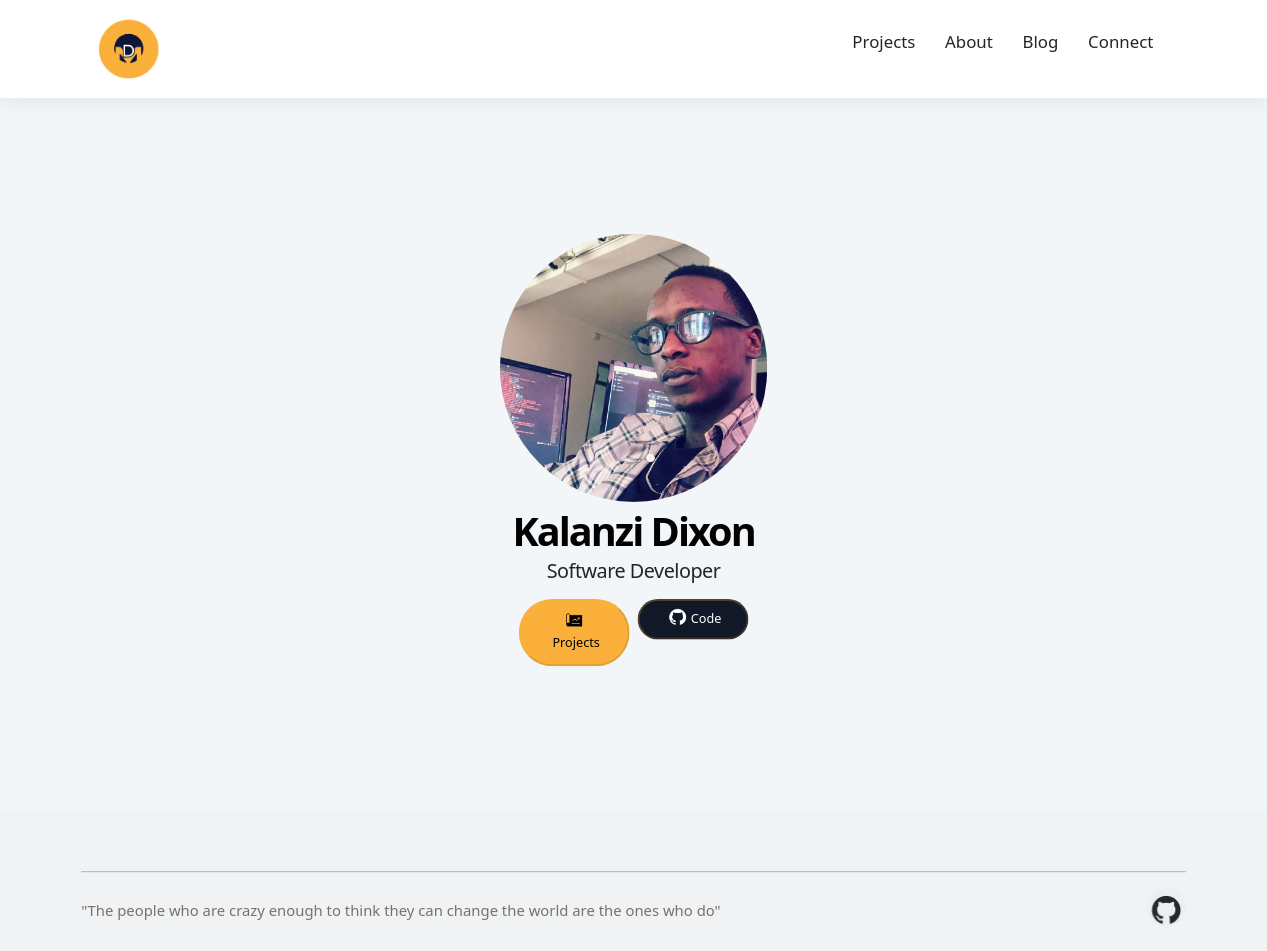
Repository: kaizoku010/firebrand
Page: /
The author's editor kept a copy of each file at every save. The page is drawn from the files as they stood at one save, then again after the next save.
The browser window is 1280 px wide. The pictures show the whole page, at 99% of full size.
The project was rebuilt for these pictures with package versions that can differ from the ones it lists, and the page was loaded fresh each time. Also part of the build but not shown: vite.config.js, src/update/about.css, src/components/chips.css, src/components/chips.js, src/update/about.js, src/dataPoint/AllProjects.js, src/update/appsPage.js, src/update/blog.css and 5 more.

Above is the page before, as saved 2025-06-05 12:02:32.

### public/index.html
<!DOCTYPE html>
<html lang="en">
  <head>
    <meta charset="utf-8" />
    <link rel="icon" href="%PUBLIC_URL%/logo.ico" />
    <meta name="viewport" content="width=device-width, initial-scale=1" />
    <meta name="theme-color" content="#000000" />
    <meta
      name="description"
      content="Welcome to Firebrand"
    />
    <link rel="apple-touch-icon" href="%PUBLIC_URL%/logo.png" />
    <!--
      manifest.json provides metadata used when your web app is installed on a
      user's mobile device or desktop. See https://developers.google.com/web/fundamentals/web-app-manifest/
    -->
    <link rel="manifest" href="%PUBLIC_URL%/manifest.json" />

    <title>Kalanxi</title>
    <!-- Global site tag (gtag.js) - Google Analytics -->
<script async src="https://www.googletagmanager.com/gtag/js?id=G-C8GX9VTJ6W"></script>
<script>
  window.dataLayer = window.dataLayer || [];
  function gtag(){dataLayer.push(arguments);}
  gtag('js', new Date());

  gtag('config', 'G-C8GX9VTJ6W');
</script>
<script async src="https://pagead2.googlesyndication.com/pagead/js/adsbygoogle.js?client=ca-pub-3855618579065381"
     crossorigin="anonymous"></script>
     <script async custom-element="amp-ad" src="https://cdn.ampproject.org/v0/amp-ad-0.1.js"></script>
  </head>
  <body>
    <noscript>You need to enable JavaScript to run this app.</noscript>
    <div id="root"></div>

  </body>
</html>

### src/App.css
body {
  -webkit-font-smoothing: antialiased;
  background-color: #f3f6f8;
  margin-top: 0px;
  font-family:  ui-sans-serif,system-ui,-apple-system,BlinkMacSystemFont,Segoe UI,Roboto,Helvetica Neue,Arial,Noto Sans,sans-serif,apple color emoji,segoe ui emoji,Segoe UI Symbol,noto color emoji;
;
}

.content{
display: none !important;
}

a {
  text-decoration: none;
  color: #5747ff !important;
}

@media only screen and (max-width: 900px) {
  .holder__ {
    text-align: center;
    padding: 20px;
  }
}

.thumb-lg {
  height: 88px;
  width: 88px;
}
.profile-user-box {
  position: relative;
  border-radius: 5px;
}
.bg-custom {
  /*background-color: #02c0ce !important;  */
  background-color: #02191b !important;
  /* 02191b */
}
.profile-user-box {
  position: relative;
  border-radius: 5px;
}

.card-box {
  padding: 20px;
  position: sticky;
  border-radius: 3px;
  margin-bottom: 30px;
  z-index: 1;
  top: 0;
  background-color: #fff;
}
.inbox-widget .inbox-item img {
  width: 40px;
}

.inbox-widget .inbox-item {
  border-bottom: 1px solid #f3f6f8;
  overflow: hidden;
  padding: 10px 0;
  position: relative;
}

.inbox-widget .inbox-item .inbox-item-img {
  display: block;
  float: left;
  margin-right: 15px;
  width: 40px;
}

.inbox-widget .inbox-item img {
  width: 40px;
}

.inbox-widget .inbox-item .inbox-item-author {
  color: #313a46;
  display: block;
  margin: 0;
}

.inbox-widget .inbox-item .inbox-item-text {
  color: #98a6ad;
  display: block;
  font-size: 14px;
  margin: 0;
}

.inbox-widget .inbox-item .inbox-item-date {
  color: #98a6ad;
  font-size: 11px;
  position: absolute;
  right: 7px;
  top: 12px;
}

.comment-list .comment-box-item {
  position: relative;
}

.comment-list .comment-box-item .commnet-item-date {
  color: #98a6ad;
  font-size: 11px;
  position: absolute;
  right: 7px;
  top: 2px;
}

.comment-list .comment-box-item .commnet-item-msg {
  color: #313a46;
  display: block;
  margin: 10px 0;
  font-weight: 400;
  font-size: 15px;
  line-height: 24px;
}

.comment-list .comment-box-item .commnet-item-user {
  color: #98a6ad;
  display: block;
  font-size: 14px;
  margin: 0;
}

.comment-list a + a {
  margin-top: 15px;
  display: block;
}

.ribbon-box .ribbon-primary {
  background: #2d7bf4;
}

.ribbon-box .ribbon {
  position: relative;
  float: left;
  clear: both;
  padding: 5px 12px 5px 12px;
  margin-left: -30px;
  margin-bottom: 15px;
  font-family: Rubik, sans-serif;
  -webkit-box-shadow: 2px 5px 10px rgba(49, 58, 70, 0.15);
  -o-box-shadow: 2px 5px 10px rgba(49, 58, 70, 0.15);
  box-shadow: 2px 5px 10px rgba(49, 58, 70, 0.15);
  color: #fff;
  font-size: 13px;
}
.text-custom {
  color: #949797 !important;
}

.badge-custom {
  background: #02c0ce;
  color: #fff;
}
.badge {
  font-family: Rubik, sans-serif;
  -webkit-box-shadow: 0 0 24px 0 rgba(0, 0, 0, 0.06),
    0 1px 0 0 rgba(0, 0, 0, 0.02);
  box-shadow: 0 0 24px 0 rgba(0, 0, 0, 0.06), 0 1px 0 0 rgba(0, 0, 0, 0.02);
  padding: 0.35em 0.5em;
  font-weight: 500;
}
.text-muted {
  color: #98a6ad !important;
}
project_list
.font-13 {
  font-size: 13px !important;
}

.fire-text {
  text-align: justify;
}

@media screen and (max-width: 800px) {
  .card-box {
    padding: 20px !important;
    position: sticky;
    border-radius: 3px;
    margin-bottom: 30px;
    z-index: 1;
    top: 0;
    background-color: #fff;
  }
}


.main-color{
  color: #fbb03b;
}

### src/update/header.js
import React from 'react'
import "./header.css"
import Logo from "../img/logo.png"
import Email from "../img/email.png"
import { Link } from "react-router-dom";

function header() {
  return (
      <header class="header">
    <nav>
    <div class="logo">
          <a class="name_logo" href="index.html">Muneza.<span>Dixon</span></a>
        <Link to="/">  <img class="fireband-logo" src={ Logo} /></Link>
    </div>
    <input type="checkbox" id="menu-toggle"/>
    <label for="menu-toggle" class="menu-icon">&#9776;</label>
    <ul class="menu">
      <li><Link to={"apps"}>Projects</Link></li>
      <li><Link to={"about"} href="#">About</Link></li>
      <li><Link to={"blog"}>Blog</Link></li>
      <li><a href={"connect"}>Connect</a></li>
    </ul>
  </nav>
</header>
  )
}
// #9f0009 reds
export default header

### src/update/homescreen.js
import React from "react";
import UserImage from "../img/pp.jpg";
import "./homescreen.css";
import { Link } from "react-router-dom";
import CodeIc from "../img/code-ic.png";
import ProjectIc from "../img/project-ic.png";

function homescreen() {
  return (
    <div class="homepage">
      <main className="main-content">
        <img id="userImage" src={UserImage} />
        <h1 className="userName">Kalanzi Dixon</h1>
        <h2 className="userRole"> Software Developer</h2>
        <div className="site-holder">
          <Link to="/apps">
            <button id="btn-projects">
              <img className="project-ic" src={ProjectIc} />
              Projects
            </button>
          </Link>

          <Link target="_blank" to="https://github.com/kaizoku010">
            <button id="btn-code">
              <img className="project-ic" src={CodeIc} />
              Code
            </button>
          </Link>
        </div>
      </main>
    </div>
  );
}

export default homescreen;

### src/update/header.css
header_div {
    padding: 0;
    margin: 0;
    box-sizing: border-box;
    font-family: sans-serif;
    text-decoration: none;
    list-style: none;
  }


  .name_logo{
    display:none;
  }

  .header {
    position: sticky;
    top: 0;
    grid-area: header;
    width: 100%;
    box-shadow: 0 4px 20px hsla(207, 24%, 35%, 0.1);
    background-color: white;
    z-index: 2;
  }

  .email-ic{
    width:38px;
  }

  nav {
    display: flex;
    justify-content: space-between;
    align-items: center;
    padding: 20px 100px;
  }

  .logo a {
    font-size: 24px;
    font-weight: bold;
    color: #fff;
  }

  .logo a span {
    color: #8739fa;
  }


  .menu {
    display: flex;
    list-style:none;
    justify-content: center;
    align-items: center;
  }

  .menu a {
    display: block;
    padding: 7px 15px;
    font-size: 17px;
    font-weight: 500;
    transition: 0.2s all ease-in-out;
    color: #fff;
  }

  .menu:hover a {
    opacity: 0.4;
  }

  .menu a:hover {
    opacity: 1;
    color: #fff;
  }

  .menu-icon {
    display: none;
  }

  #menu-toggle {
    display: none;
  }

  #menu-toggle:checked ~ .menu {
    transform: scale(1, 1);
  }

  @media only screen and (max-width: 950px) {
    .menu {
      flex-direction: column;
      background-color: white;
      align-items: start;
      position: absolute;
      top: 82px;
      left: 0;
      width: 100%;
      z-index: 1;
      padding-left: 10px;
      transform: scale(1, 0);
      transform-origin: top;
      transition: transform 0.3s ease-in-out;
      box-shadow: rgba(0, 0, 0, 0.15) 1.95px 1.95px 2.6px;
    }

    nav {
      display: flex;
      justify-content: space-between;
      align-items: center;
      padding: 18px 30px;
  }

    .name_logo{
        display:none;
      }

    .menu a {
      margin-left: 12px;
    }

    .menu li {
      margin-bottom: 10px;
    }

    .menu-icon {
      display: block;
      color: black;
      font-size: 28px;
      cursor: pointer;
    }
    /* my logo */

  .fireband-logo{
    width: 50px !important;

  }
  }



  .fireband-logo{
    width: 60px;
  }


  .header a {
    color:#212529 !important
      }
    .header a:hover {
        color:#fbb03b !important;
    }

### src/update/homescreen.css
.homepage{
    /* margin-top: 50px; */
    display: flex;
    place-content: center;
    height: 100vh;
    align-items: center;
    position: relative;

    min-height: 500px;
}

.main-content{
    text-align: center;
    display: flex;
    flex-direction: column;
}

#userImage{
    border-radius: 50% !important;
    align-self: center;
    margin-bottom: 10px;
    width: 60%;
}

.userName{
    letter-spacing: -.05em;
    font-size: 2.5rem;
    text-align: center;
    background: -webkit-radial-gradient(#030303, #010001);
    -webkit-background-clip: text;
    background-clip: text;
    -webkit-text-fill-color: transparent;
    line-height: 1;
    font-weight: 700;
    white-space: nowrap;
}

.userRole{
    max-width: 48rem;
    font-size: 20px;
    font-weight: 100;
    margin-left: auto;
    letter-spacing: -.025em;
    color: rgb(17 24 39 / var(50%));
    text-align: center;
    margin-right: auto;
}

.site-holder{
    padding-left: 1.5rem;
    flex-wrap: nowrap;
    padding-right: 1.5rem;
    gap: .5rem;
    margin-top: 0.5rem;
    margin-bottom: 0.5rem;
    justify-content: center;
    display: flex;
    flex-direction: row;
}

#btn-projects{
    color: rgb(255 255 255 / var(10%));
    padding-top: 0.75rem;
    background-color: #fbb03b;
    padding-bottom: 0.75rem;
    opacity: 1;
        width: 7rem;
        font-size: .8rem;
    color: black;
    font-weight: 500;
    border-radius: 2.5rem;
    border-color: #fbb03b45;
    padding-left: 2rem;
    padding-right: 2rem;
}

#btn-projects:hover{
    background-color: #efa123;

}


.project-ic{
    height:1rem;
    padding-right: 5px;
    padding-left: 5px;
    margin-bottom: 5px !important;
}

#btn-code{
background-color:  rgb(17 24 39);
color: rgb(255 255 255 / var(10%));
    opacity: 1;
    line-height: 1.375;
    font-size: .8rem;
    color: #fff;
        width: 7rem;
    font-weight: 500;
    border-radius: 2.5rem;
    border-color: rgba(251, 176, 59,
    .27058823529411763);
    padding: .5rem .5rem;
}

#btn-code:hover{
    background-color: rgb(71, 74, 81);

}

@media only screen and (max-width: 950px) {
    .homepage {
        display: flex;
        place-content: center;
        height: 100%;
        align-items: center;
        position: relative;
    }

    .site-footer {
        position: relative;
        background-color: #f0f2f4e4;
        padding: 0px 0 20px !important;
        font-size: 15px;
        line-height: 24px;
        color: #737373;
    }
}

### src/update/appsPage.css
/* Base Styles */
:root {
  --primary-color: #333333;
  --secondary-color: #fbb03b;
  --accent-color: #fbb03b;
  --background-color: #f8f9fa;
  --card-bg-color: #ffffff;
  --text-color: #333333;
  --text-light: #6c757d;
  --border-radius: 12px;
  --box-shadow: 0 10px 30px rgba(0, 0, 0, 0.08);
  --transition: all 0.3s ease;
}

.appsHolder {
  background-color: var(--background-color);
  min-height: 100vh;
  padding-bottom: 4rem;
  overflow-x: hidden;
}

/* Loading Animation */
.loading-container {
  display: flex;
  flex-direction: column;
  align-items: center;
  justify-content: center;
  height: 100vh;
  background-color: var(--background-color);
}

.loader {
  width: 50px;
  height: 50px;
  border: 5px solid rgba(67, 97, 238, 0.2);
  border-radius: 50%;
  border-top-color: var(--primary-color);
  animation: spin 1s ease-in-out infinite;
  margin-bottom: 1rem;
}

@keyframes spin {
  to { transform: rotate(360deg); }
}

/* Hero Section */
.hero-section {
  display: none;
  position: relative;
  padding: 6rem 2rem 4rem;
  background: linear-gradient(135deg, #000 0%, #242229 100%);
  color: #bbb7b7;
  text-align: center;
  border-radius: 0px !important;
  margin-bottom: 3rem;
  overflow: hidden;
}


.apps-span {
  color: var(--secondary-color);
  position: relative;
  font-weight: 700 ;
  display: inline-block;
  text-decoration: none;
}

@media only screen and (max-width: 600px) {
  .appsHeading {
      font-size: 2.5rem !important;
  }
}

.hero-subtitle {
  font-size: 1rem;
  display: none !important;
}

  .tech-stack-list {
      justify-items: left;
      display: grid;
      font-size: 0.8rem;
      list-style: none !important;
      grid-template-columns: none !important;
      /* grid-gap: 20px !important; */
  }


.appsHeading {
  font-size: 3.5rem;
  font-weight: 200 !important;
  margin-bottom: 1rem;
  letter-spacing: -0.02em;
}

.hero-content {
  position: relative;
  z-index: unset !important;
}
.hero-shapes {
  position: absolute;
  top: 0;
  left: 0;
  width: 100%;
  height: 100%;
  z-index: 1;
  overflow: hidden;
}

.shape {
  position: absolute;
  border-radius: 50%;
  opacity: 0.2;
}

.shape-1 {
  width: 300px;
  height: 300px;
  background-color: rgba(255, 255, 255, 0.3);
  top: -100px;
  right: -100px;
  animation: float 8s ease-in-out infinite;
}

.shape-2 {
  width: 200px;
  height: 200px;
  background-color: rgb(255 193 7 / 21%);
  bottom: -50px;
  left: 10%;
  animation: float 12s ease-in-out infinite;
}

.shape-3 {
  width: 150px;
  height: 150px;
  background-color: rgba(255, 255, 255, 0.25);
  top: 30%;
  left: 20%;
  animation: float 10s ease-in-out infinite 1s;
}

@keyframes float {
  0% { transform: translateY(0) rotate(0deg); }
  50% { transform: translateY(-20px) rotate(5deg); }
  100% { transform: translateY(0) rotate(0deg); }
}

.appsHeading {
  line-height: 1;
  font-weight: 700;
  text-align: center !important;
  font-size: 3em !important;
  margin-bottom: 0px !important;
  letter-spacing: -0.05em !important;
  padding: 10% !important;
}

.apps-span {
  color: var(--secondary-color);
  position: relative;
  display: inline-block;
}

.apps-span::after {
  content: '';
  position: absolute;
  bottom: -5px;
  display: none !important;
  left: 0;
  width: 100%;
  height: 4px;
  background-color: var(--secondary-color);
  border-radius: 2px;
}

.hero-subtitle {
  font-size: 1.25rem;
  opacity: 0.9;
  max-width: 600px;
  margin: 0 auto;
}

/* Controls Container */
.controls-container {
  max-width: 1200px;
  margin: 0 auto 2rem;
  padding: 0 1.5rem;
  display: flex;
  flex-direction: column;
  gap: 1.5rem;
}

.search-container {
  position: relative;
  max-width: 500px;
  display: none;
  margin: 0 auto;
  width: 100%;
}

.search-input {
  width: 100%;
  padding: 1rem 1.5rem;
  border-radius: 50px;
  border: 2px solid #e0e0e0;
  font-size: 1rem;
  transition: var(--transition);
  box-shadow: 0 4px 10px rgba(0, 0, 0, 0.03);
}

.search-input:focus {
  outline: none;
  border-color: var(--primary-color);
  box-shadow: 0 4px 15px rgba(67, 97, 238, 0.15);
}

.search-icon {
  position: absolute;
  right: 1.5rem;
  top: 50%;
  transform: translateY(-50%);
  color: #aaa;
  font-size: 1.2rem;
}

.categories-container {
  display: flex;
  flex-wrap: wrap;
  margin-top: 5rem;
  gap: 0.75rem;
  justify-content: center;
}

.category-btn {
  padding: 0.6rem 1.2rem;
  border-radius: 50px;
  border: none;
  background-color: #e9ecef;
  color: var(--text-color);
  font-size: 0.9rem;
  font-weight: 500;
  cursor: pointer;
  transition: var(--transition);
}

.category-btn:hover {
  background-color: #dee2e6;
}

.category-btn.active {
  background-color: var(--primary-color);
  color: white;
}

/* Projects Grid */
.sites-holder {
  max-width: 1400px;
  margin: 0 auto;
  padding: 0 1.5rem;
}

.no-results {
  text-align: center;
  padding: 3rem 0;
  color: var(--text-light);
}

.sites-list {
  display: grid;
  grid-template-columns: repeat(auto-fill, minmax(350px, 1fr));
  gap: 2rem;
  list-style-type: none;
  padding: 0;
  margin: 0;
}

.sites {
  opacity: 0;
  transform: translateY(20px);
  animation: fadeInUp 0.5s forwards;
}

@keyframes fadeInUp {
  to {
    opacity: 1;
    transform: translateY(0);
  }
}

.project-card {
  background-color: var(--card-bg-color);
  border-radius: var(--border-radius);
  overflow: hidden;
  box-shadow: var(--box-shadow);
  transition: var(--transition);
  height: 100%;
  display: flex;
  flex-direction: column;
}

.project-card:hover {
  transform: translateY(-10px);
  box-shadow: 0 15px 35px rgba(0, 0, 0, 0.1);
}

.card-header {
  position: relative;
  padding: 1.5rem;
  display: flex;
  align-items: center;
  border-bottom: 1px solid #f0f0f0;
}

.site-logo {
  width: 70px;
  height: 70px;
  object-fit: contain;
  border-radius: 12px;
  background-color: #f8f9fa;
  padding: 0.5rem;
  box-shadow: 0 4px 10px rgba(0, 0, 0, 0.05);
}

.card-badges {
  display: flex;
  flex-wrap: wrap;
  gap: 0.5rem;
  margin-left: auto;
}

.card-content {
  padding: 1.5rem;
  flex-grow: 1;
}

.site-title {
  font-size: 1.5rem;
  font-weight: 700;
  margin-bottom: 0.5rem;
  color: var(--text-color);
  transition: var(--transition);
}

.site-location {
  font-size: 0.9rem;
  color: var(--text-light);
  margin-bottom: 1rem;
  display: flex;
  align-items: center;
}

.site-location::before {
  content: '📍';
  margin-right: 0.5rem;
}

.site-desc {
  font-size: 1rem;
  line-height: 1.6;
  color: var(--text-color);
  margin-bottom: 1.5rem;
  display: -webkit-box;
  -webkit-line-clamp: 3;
  -webkit-box-orient: vertical;
  overflow: hidden;
}

.card-footer {
  padding: 1rem 1.5rem;
  border-top: 1px solid #f0f0f0;
  display: flex;
  justify-content: space-between;
  align-items: center;
  background-color: #fafafa;
}

.view-project {
  font-weight: 600;
  color: var(--primary-color);
}

.arrow-icon {
  font-size: 1.2rem;
  color: var(--primary-color);
  transition: var(--transition);
}

.project-card:hover .arrow-icon {
  transform: translateX(5px);
}

/* Responsive Styles */
@media only screen and (max-width: 950px) {
  .appsHeading {
    font-size: 2.5rem;
  }

  .hero-section {
    display: none;
    padding: 4rem 1rem 3rem;
    border-radius: 0 0 15% 15% / 10%;
  }

  .sites-list {
    grid-template-columns: repeat(auto-fill, minmax(280px, 1fr));
    gap: 1.5rem;
  }

  .card-header {
    flex-direction: column;
    align-items: flex-start;
    gap: 1rem;
  }

  .card-badges {
    margin-left: 0;
  }

  .site-logo {
    width: 60px;
    height: 60px;
  }
}

@media only screen and (max-width: 600px) {
  .appsHeading {
    font-size: 2rem;
  }

  .hero-subtitle {
    font-size: 1rem;
  }

  .controls-container {
    padding: 1rem 1rem;
  }

  .sites-holder {
    padding: 0 1rem;
  }

  .sites-list {
    grid-template-columns: 1fr;
  }

  .category-btn {
    padding: 0.5rem 1rem;
    font-size: 0.8rem;
  }
}

/* Chip Styling */
.chip {
    padding: 0.4rem 0.8rem;
    border-radius: 50px;
    font-size: 0.8rem;
    font-weight: 500;
    color: white;
    background-color: rgb(51 51 51) !important;
    display: inline-block;
    box-shadow: 0 2px 5px rgba(0, 0, 0, 0.1);
}

/* Links */
.link-list {
  color: inherit;
  text-decoration: none !important;
  display: block;
  height: 100%;
}

a {
  color: inherit;
  text-decoration: none !important;
}

p {
  margin: 0;
  padding: 0;
}

### src/update/footer.css
.site-footer
{
  position: relative;
  background-color:#f0f2f4e4;
  padding:45px 0 20px;
  font-size:15px;
  line-height:24px;
  color:#737373;
}

.row{
  align-items: center !important;
}

.facebook{
    width: 30px;
}
.site-footer hr
{
  border-top-color:#bbb;
  opacity:0.5
}
.site-footer hr.small
{
  margin:20px 0
}
.site-footer h6
{
  color:#fff;
  font-size:16px;
  text-transform:uppercase;
  margin-top:5px;
  letter-spacing:2px
}
.site-footer a
{
  color:#737373;
}
.site-footer a:hover
{
  color:#3366cc;
  text-decoration:none;
}
.footer-links
{
  padding-left:0;
  list-style:none
}
.footer-links li
{
  display:block
}
.footer-links a
{
  color:#737373
}
.footer-links a:active,.footer-links a:focus,.footer-links a:hover
{
  color:#3366cc;
  text-decoration:none;
}
.footer-links.inline li
{
  display:inline-block
}
.site-footer .social-icons
{
  text-align:right
}
.site-footer .social-icons a
{
  width:40px;
  height:40px;
  line-height:40px;
  margin-left:6px;
  margin-right:0;
  border-radius:100%;
}
.copyright-text
{
  margin:0
}
@media (max-width:991px)
{
  .site-footer [class^=col-]
  {
    margin-bottom:30px
  }
}
@media (max-width:767px)
{

  .copyright-text{
    margin:10px;
  }
  .site-footer
  {
    padding-bottom:0
  }
  .site-footer .copyright-text,.site-footer .social-icons
  {
    text-align:center
  }
}
.social-icons
{
  padding-left:0;
  margin-bottom:0;
  list-style:none
}
.social-icons li
{
  display:inline-block;
  margin-bottom:4px
}
.social-icons li.title
{
  margin-right:15px;
  text-transform:uppercase;
  color:#96a2b2;
  font-weight:700;
  font-size:13px
}
.social-icons a{
  background-color:#eceeef;
  color:#818a91;
  font-size:16px;
  display:inline-block;
  line-height:44px;
  width:44px;
  height:44px;
  text-align:center;
  margin-right:8px;
  border-radius:100%;
  -webkit-transition:all .2s linear;
  -o-transition:all .2s linear;
  transition:all .2s linear
}
.social-icons a:active,.social-icons a:focus,.social-icons a:hover
{
  color:#fff;
  background-color:#ebebeb
}
.social-icons.size-sm a
{
  line-height:34px;
  height:34px;
  width:34px;
  font-size:14px
}
.social-icons a.facebook:hover
{
  background-color:#e7e9e9
}
.social-icons a.twitter:hover
{
  background-color:#00aced
}
.social-icons a.linkedin:hover
{
  background-color:#007bb6
}
.social-icons a.dribbble:hover
{
  background-color:#ea4c89
}
@media (max-width:767px)
{
  .social-icons li.title
  {
    display:block;
    margin-right:0;
    font-weight:600
  }
}

Loaded but not shown: src/index.js (common file); src/index.css (common file); src/reportWebVitals.js (common file); src/App.js (43 lines, source omitted); src/update/footer.js (34 lines, source omitted)

After the next save:
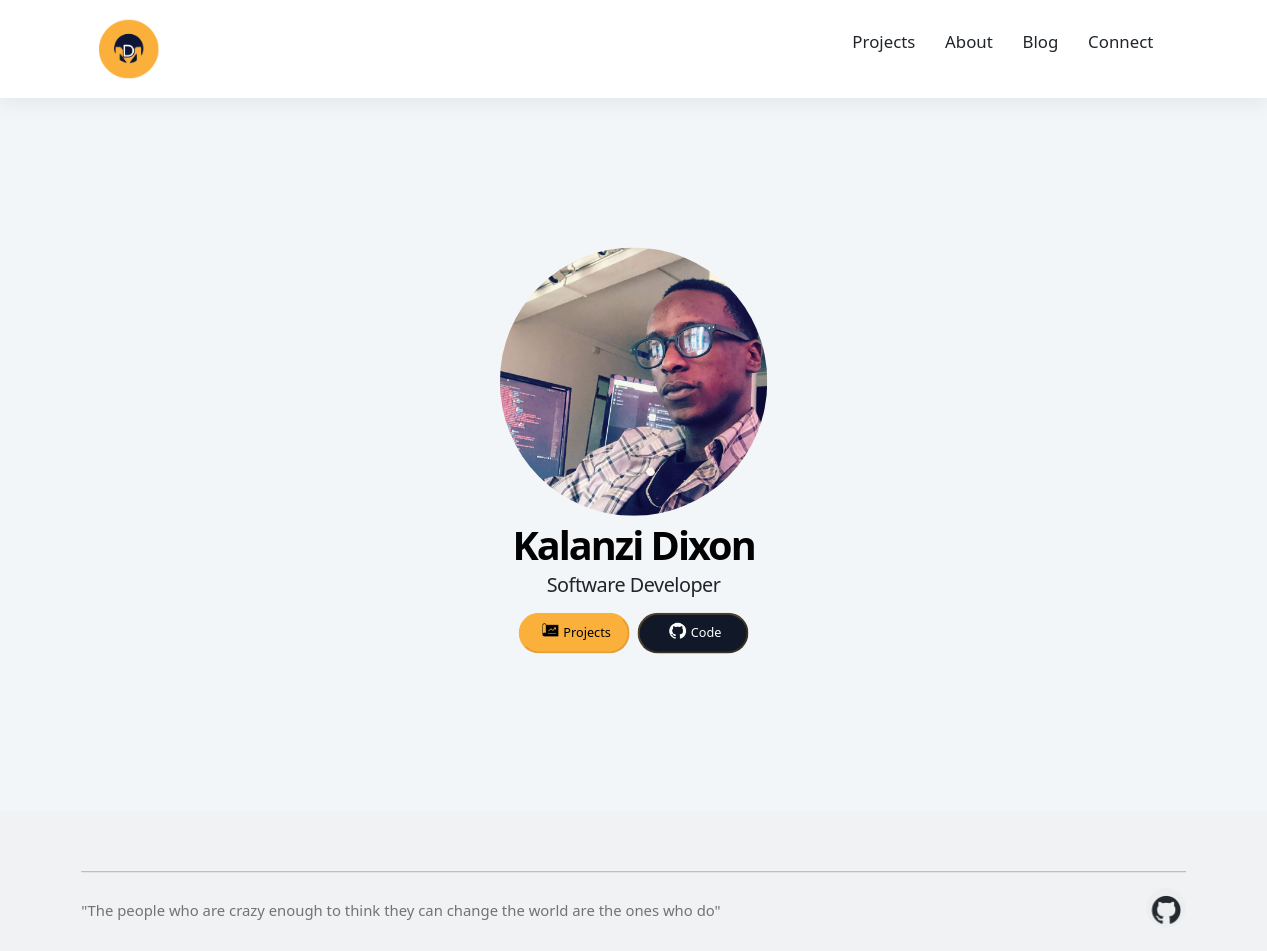
Saved 25 s later.
--- a/src/update/homescreen.css
+++ b/src/update/homescreen.css
@@ -62,16 +62,16 @@
     color: rgb(255 255 255 / var(10%));
     padding-top: 0.75rem;
     background-color: #fbb03b;
-    padding-bottom: 0.75rem;
+       background-color: #fbb03b;
     opacity: 1;
-        width: 7rem;
-        font-size: .8rem;
-    color: black;
+    width: 7rem;
+    font-size: .8rem;
+    color: #000;
     font-weight: 500;
     border-radius: 2.5rem;
-    border-color: #fbb03b45;
-    padding-left: 2rem;
-    padding-right: 2rem;
+    border-color: rgba(251, 176, 59, .27058823529411763);
+    padding: .5rem .5rem;
+}
 }
 
 #btn-projects:hover{
